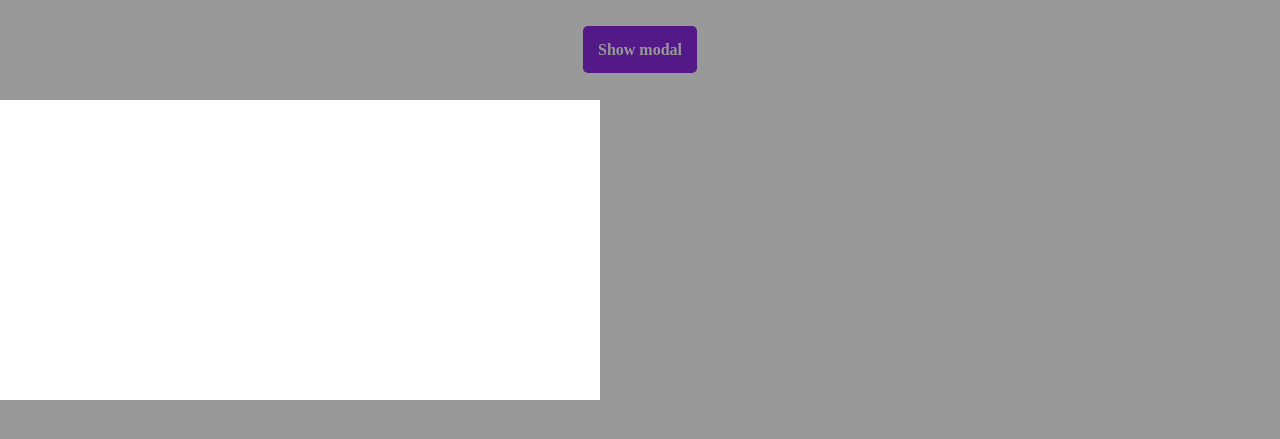
Repository: AnhTuan191298/sent-file-hoang
Page: js_modal/index.html
These files come from the project's save history. The page is drawn as it stood at one moment and after the next save; the edit follows.
The browser window is 1280 px wide. The pictures show the whole page.

Above is the page before, as saved 2021-02-01 14:51:24.

After the next save:
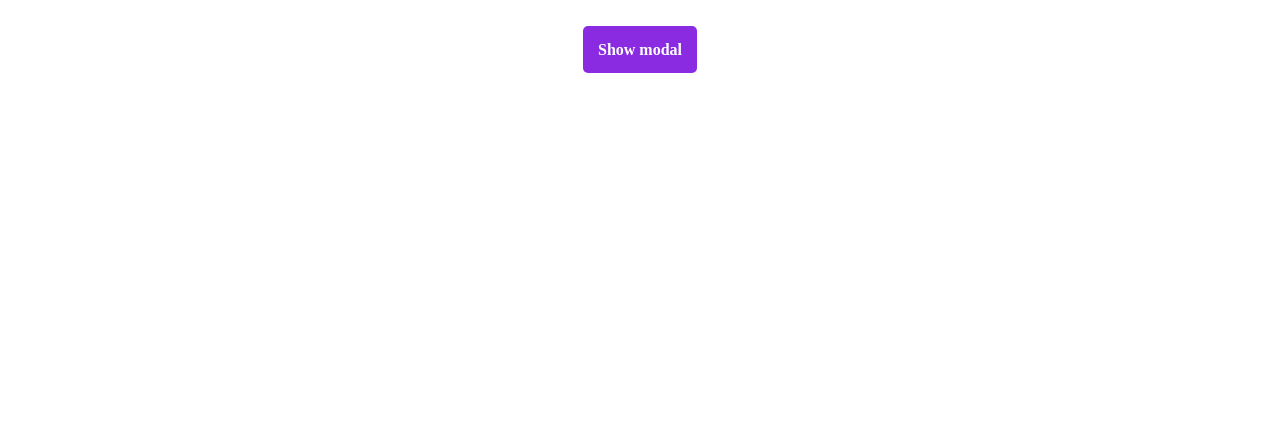
Saved 69 s later.
--- a/js_modal/index.html
+++ b/js_modal/index.html
@@ -24,7 +24,7 @@
             font-weight: bold;
             border-radius: 5px;
         }
-        .layout {
+        .layout.active {
             position: fixed;
             top: 0;
             bottom: 0;

After the save that followed:
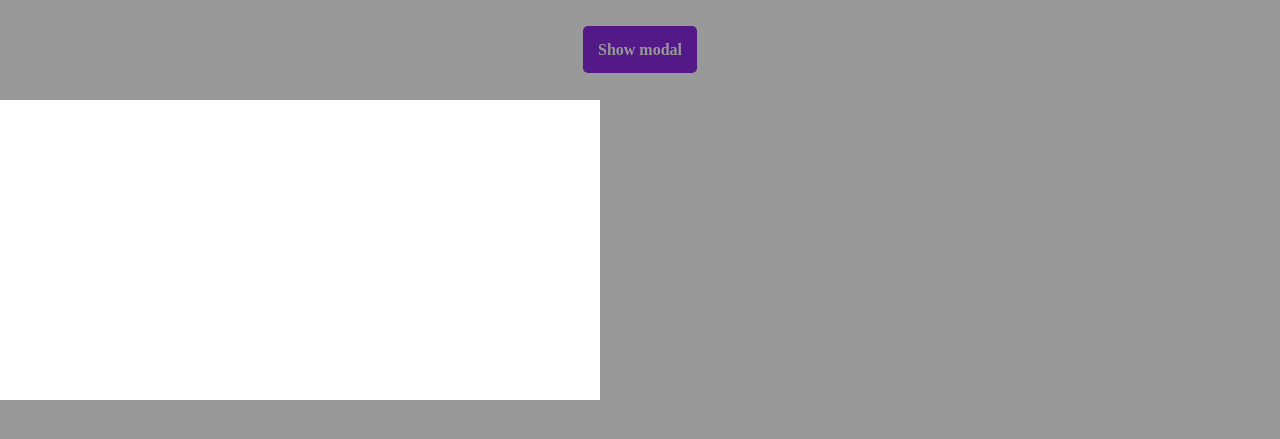
Saved 8 s later.
--- a/js_modal/index.html
+++ b/js_modal/index.html
@@ -59,7 +59,7 @@
             <a class="modal__action" href="#">Show modal</a>
         </div>
     </div>
-    <div class="layout"></div>
+    <div class="layout active"></div>
     <div class="modal_show">
         <div class="modal_show-contain">
             <div class="modal_show__close">
